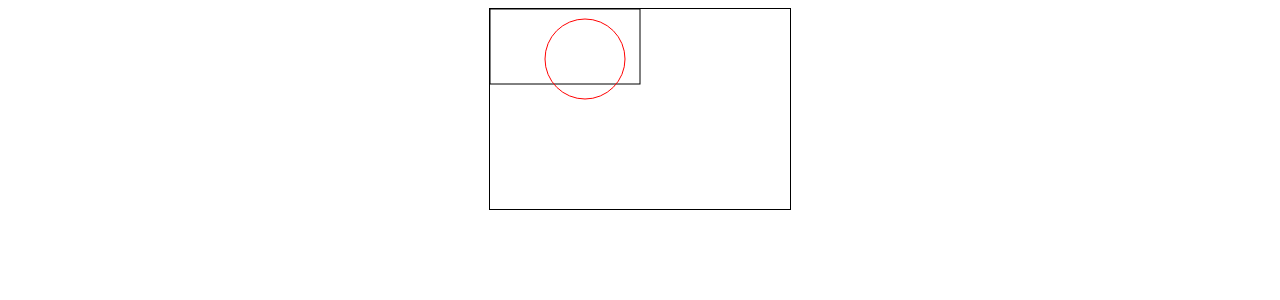
Repository: BhardwajMonika/core-java
Page: HTML2/WebContent/Canvas1.html
An editor plug-in stored every save of this project. The page is shown before and after the next save, followed by the edit.
The browser window is 1280 px wide. The pictures show the whole page.

Above is the page before, as saved 2019-02-27 09:22:59.

### HTML2/WebContent/Canvas1.html
<!DOCTYPE html>
<html>
<head>


<meta charset="ISO-8859-1">
<title>canvas</title>
</head>
<body>

	<center><canvas id="myCanvas" width="300" height="200"
		style="border: 1px solid #000000;">
</canvas></center>
<script>
	var c = document.getElementById("myCanvas");
	var ctx = c.getContext("2d");


	ctx.drawStyle = "#FF0000";
	ctx.strokeRect(0, 0, 150, 75);

	ctx.beginPath();
	ctx.strokeStyle="#FF0000"
	ctx.arc(95,50,40,0,2*Math.PI);
	ctx.stroke();
</script>

</body>
</html>

After the next save:
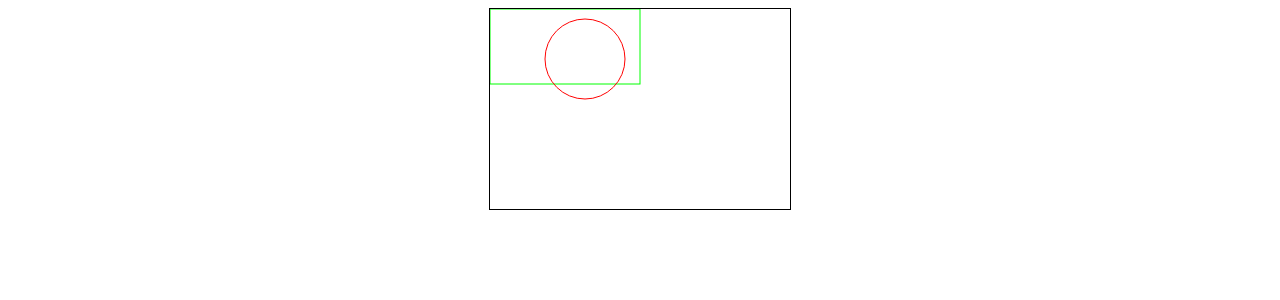
Saved 31 s later.
--- a/HTML2/WebContent/Canvas1.html
+++ b/HTML2/WebContent/Canvas1.html
@@ -17,6 +17,7 @@
 
 
 	ctx.drawStyle = "#FF0000";
+	ctx.strokeStyle="#00FF00";
 	ctx.strokeRect(0, 0, 150, 75);
 
 	ctx.beginPath();
